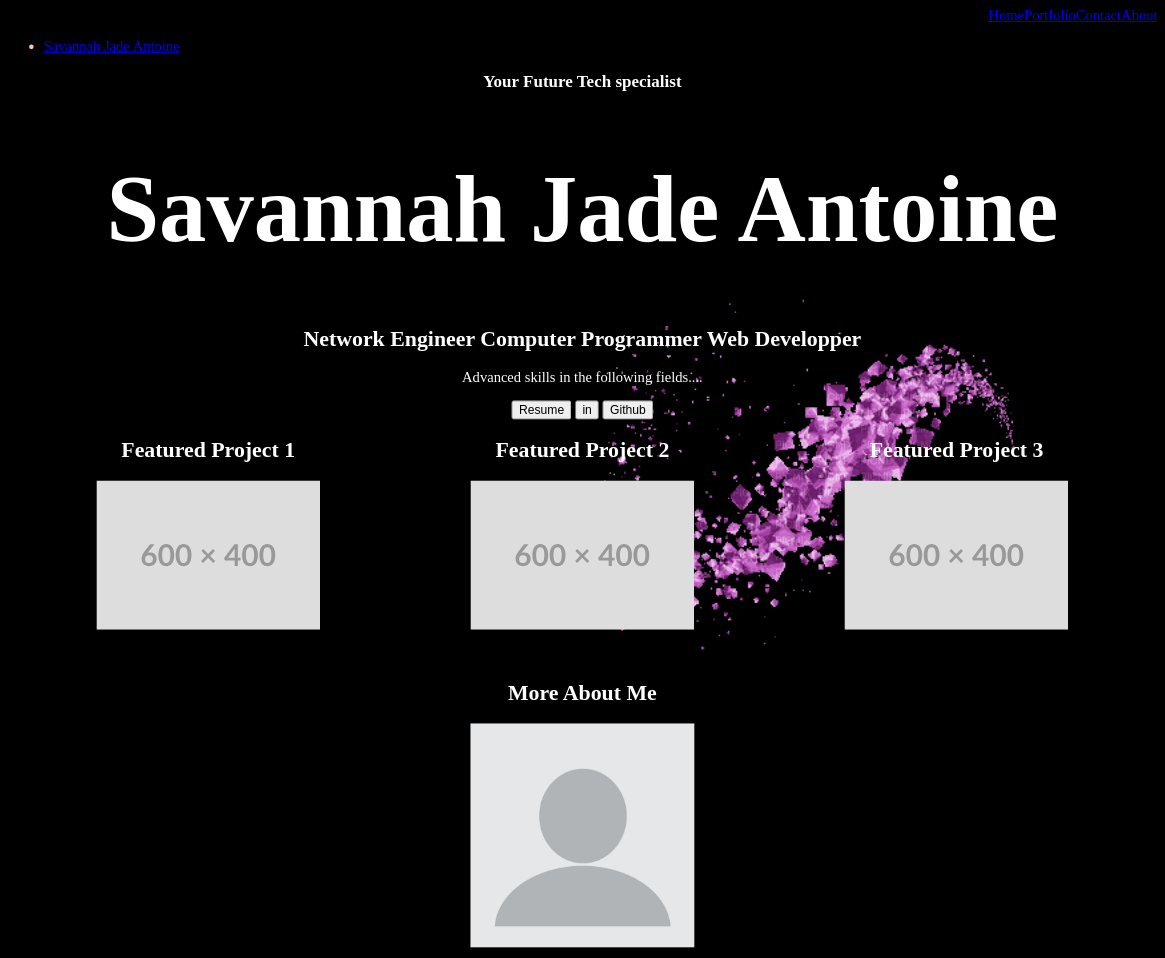
Repository: Savannah-Antoine/Savannah-Antoine
Page: index.html
The author's editor kept a copy of each file at every save. The page is drawn from the files as they stood at one save, then again after the next save.
The browser window is 1280 px wide. The pictures show the whole page, at 91% of full size.

Above is the page before, as saved 2026-05-05 15:23:24.

### index.html
<!DOCTYPE html>
<html lang="en">
<head>
    <meta charset="UTF-8">
    <meta name="viewport" content="width=device-width, initial-scale=1.0">
    <link rel = "stylesheet" href = "./styles/index.css" />
    <link rel = "stylesheet" href = "./styles/globals.css" />
    <title>Document</title>
</head>
<body>
<header>
    <nav>
        <ul class = "navigation">
  <li><a href="index.html">Home</a></li>
  <li><a href="portfolioPage.html">Portfolio</a></li>
  <li><a href="contact.asp">Contact</a></li>
  <li><a href="about.asp">About</a></li>
</ul>
        <ul class = "homeButton">
           <li><a   href = "index.html">Savannah Jade Antoine</a></li>
        </ul>
</nav>
<h3>Your Future Tech specialist</h3>
<h1> Savannah Jade Antoine</h1>
<h2>Network Engineer Computer Programmer Web Developper</h2>
<p> Advanced skills in the following fields....</p>
<button>Resume</button>
<button>in</button>
<button>Github</button>

</header>
<main class = "container">

<section >
<h2>Featured Project 1</h2>
<img src = "./assets/images/placeholder1.svg" alt = "First Portfolio placeholder image" />

</section>

<section>
<h2>Featured Project 2</h2>
<img src = "./assets/images/placeholder1.svg" alt = "Second Portfolio placeholder image" />
</section>
<section>
<h2>Featured Project 3</h2>
<img src = "./assets/images/placeholder1.svg" alt = "Third Portfolio placeholder image" />
</section>

<section>
<h2>More About Me</h2>
<img src = "./assets/images/profilepic.png" alt = "profile picture" />
</section>

</main>

</body>
</html>

### styles/index.css
.container{
   display:flex;
   flex-direction:column;
    justify-content: center;
    gap:2rem;


}
body h1{
    font-size: 3rem;

}

img{
    width: 65%;
    height:auto;
}

@media screen and (min-width: 768px)
{
    body h1{
    font-size: 6.5rem;
}
    section{

    width: 30%;
}

    .container{
          display:flex;
          flex-direction: row;
          flex-wrap: wrap;
          justify-content: center;

    }
}

@media screen and (min-width: 1000px)
{

}

### styles/globals.css
body {
    background-color: black;
  background-image: url(/assets/images/background-pic.gif);
  background-repeat: no-repeat;
  background-size: cover;
  color: white;
  font-size: 16px;
  text-align: center;
}



.homeButton{
    text-align:left;
    color:pink;
}

.navigation {
  list-style-type: none;
  margin: 0;
  padding: 0;
  display: flex;
  justify-content: right;
}

After the next save:
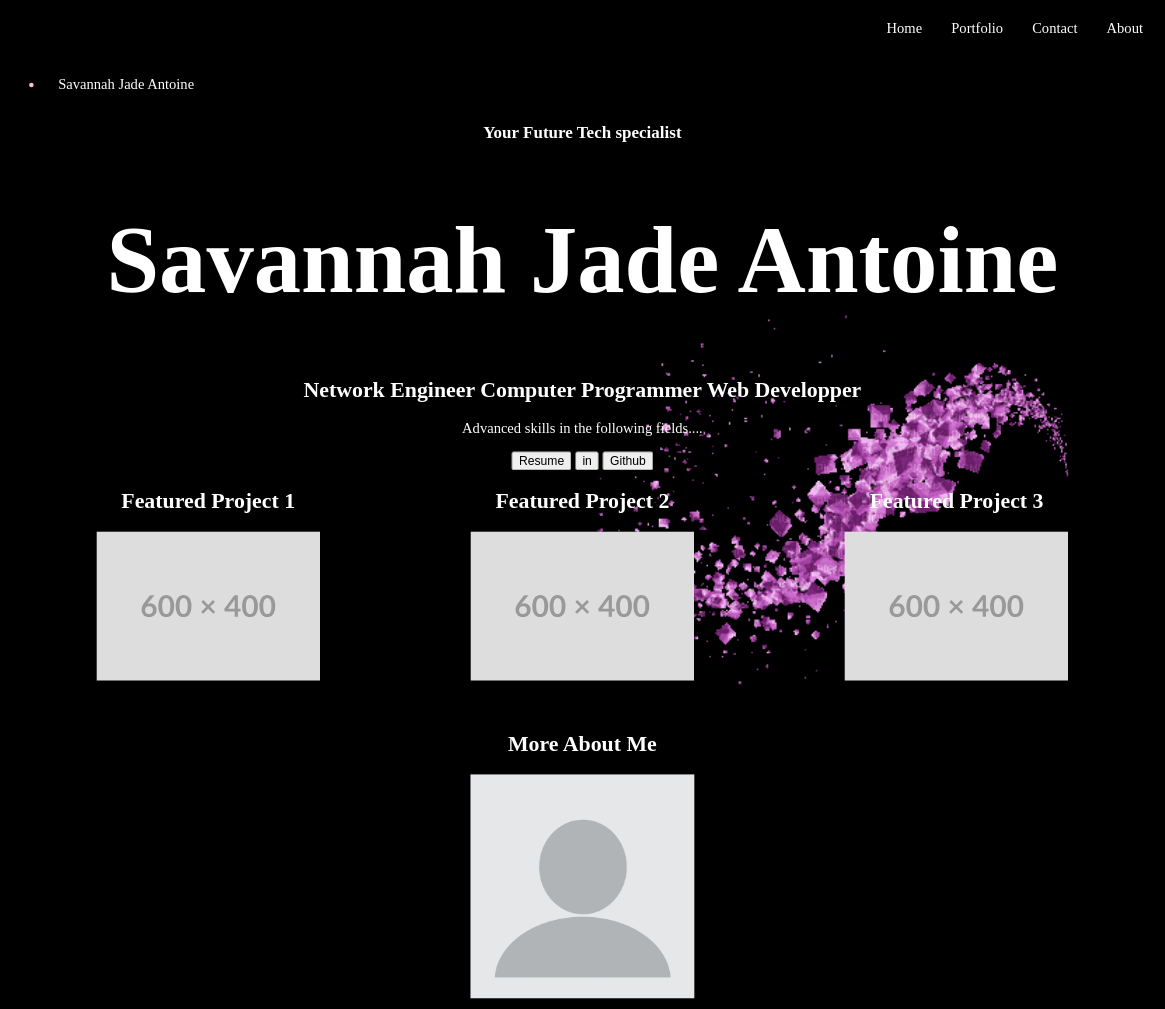
Saved 84 s later.
--- a/styles/globals.css
+++ b/styles/globals.css
@@ -22,3 +22,13 @@ body {
   display: flex;
   justify-content: right;
 }
+li a {
+  display: block;
+  color: white;
+  padding: 14px 16px;
+  text-decoration: none;
+}
+
+ul li a:hover {
+  background-color: #be6c6c;
+}
